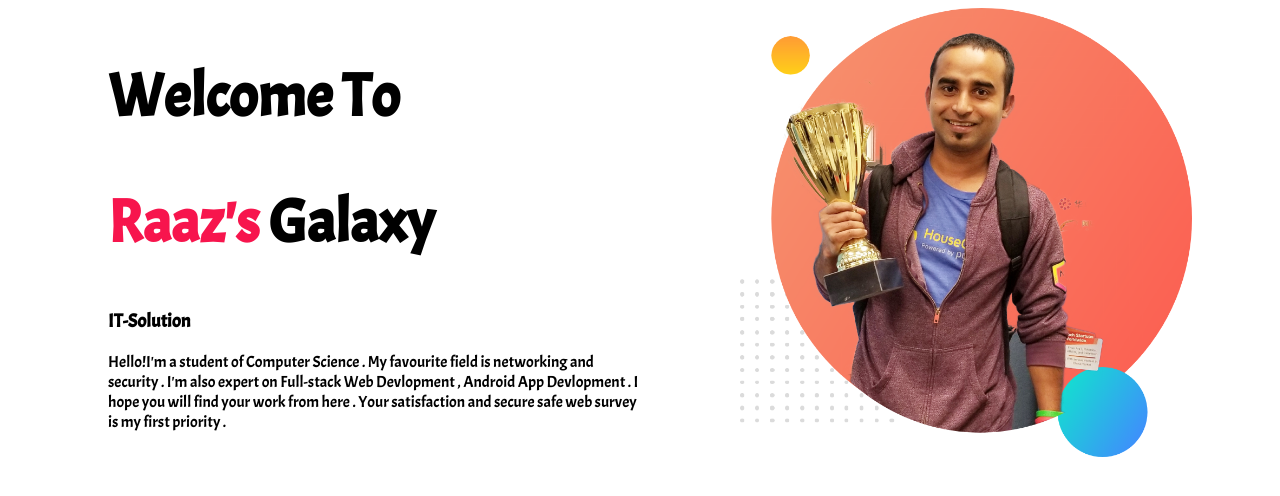
Repository: ramizraaz/my-portfolio
Page: about.html
The author's editor kept a copy of each file at every save. The page is drawn from the files as they stood at one save, then again after the next save.
The browser window is 1280 px wide. The pictures show the whole page.

Above is the page before, as saved 2022-01-13 18:17:46.

### about.html
<!DOCTYPE html>
<html lang="en">

<head>
    <meta charset="UTF-8">
    <meta http-equiv="X-UA-Compatible" content="IE=edge">
    <meta name="viewport" content="width=device-width, initial-scale=1.0">
    <title>Raaz Portfolio</title>
    <link rel="preconnect" href="https://fonts.googleapis.com">
    <link rel="preconnect" href="https://fonts.gstatic.com" crossorigin>
    <link href="https://fonts.googleapis.com/css2?family=Acme&family=Lobster&family=Permanent+Marker&display=swap" rel="stylesheet">
    <link rel="stylesheet" href="design.css">
</head>

<body>
    <section>
        <div class="content">
            <h1>Welcome To</h1>
            <h1><span> Raaz's </span>Galaxy</h1>
            <h3>IT-Solution</h3>
            <p>Hello!I'm a student of Computer Science . My favourite field is networking and security . I'm also expert on Full-stack Web Devlopment , Android App Devlopment . I hope you will find your work from here . Your satisfaction and secure safe
                web survey is my first priority .</p>
        </div>
        <div class="content">
            <img src="images/jhankar.png" alt="Personal Profile">
        </div>
    </section>
</body>

</html>

### design.css
body {
    font-family: 'Acme', sans-serif;
}

h1 {
    font-size: 60px;
}

span {
    color: rgb(247, 21, 77);
}

section {
    display: flex;
    /* Using this attribute for show photo and content flexible left right part */
}

.content {
    width: 50%;
    /*to make 2 div 50//50 size*/
    padding-left: 100px;
}

.content img {
    width: 85%;
    /*adjusting image*/
}

After the next save:
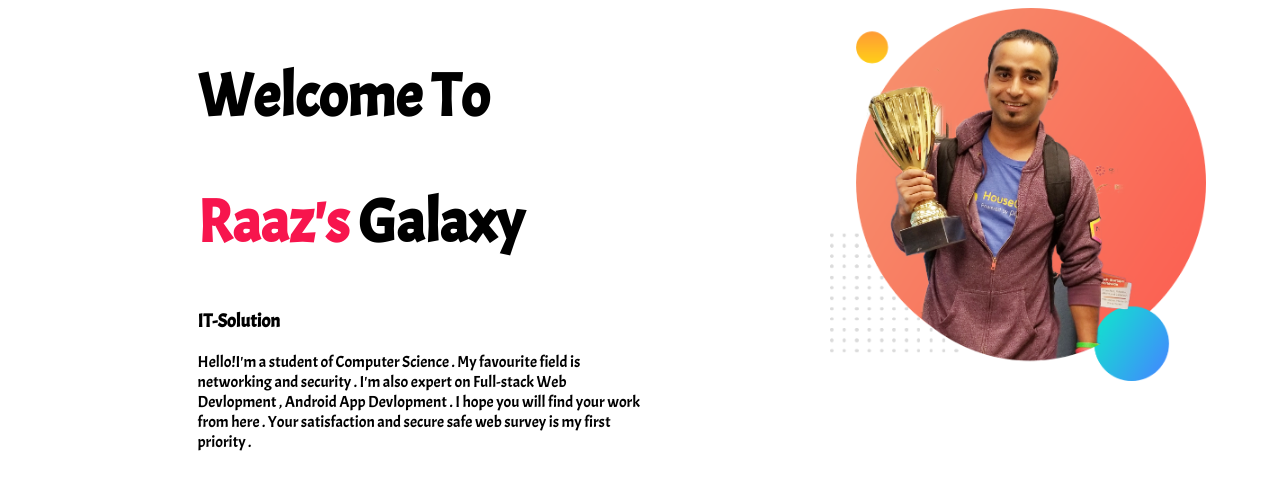
Saved 22 s later.
--- a/design.css
+++ b/design.css
@@ -18,7 +18,7 @@
 .content {
     width: 50%;
     /*to make 2 div 50//50 size*/
-    padding-left: 100px;
+    padding-left: 15%;
 }
 
 .content img {
